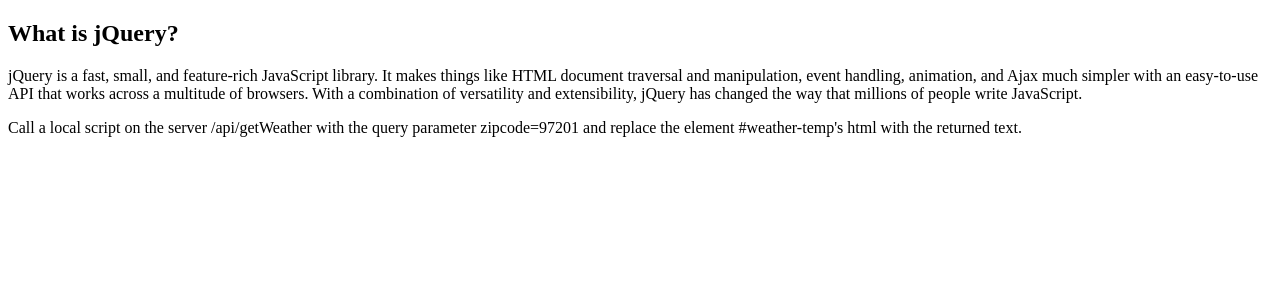
Repository: Migorithm/front_work
Page: front05_JQuery/src/main/webapp/1_selector/jq01_ready.html
An editor plug-in stored every save of this project. The page is shown before and after the next save, followed by the edit.
The browser window is 1280 px wide. The pictures show the whole page.

Above is the page before, as saved 2021-09-03 01:01:20.

After the next save:
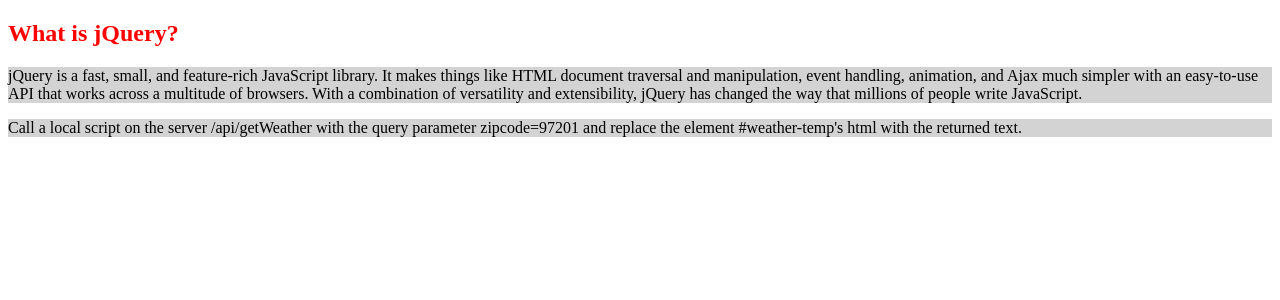
Saved 100 s later.
--- a/front05_JQuery/src/main/webapp/1_selector/jq01_ready.html
+++ b/front05_JQuery/src/main/webapp/1_selector/jq01_ready.html
@@ -20,7 +20,12 @@
 	})
 	 */
 		$(function(){
-		alert("jquery #4");
+		$('#header').css('color','red')
+		$('.content').css('background',"lightgray")
+
+		/* 1. jQuery는 선택자지정시 괄호안에 스트링.
+		   2. .css()를 통해
+		*/
 	});
 
 </script>
